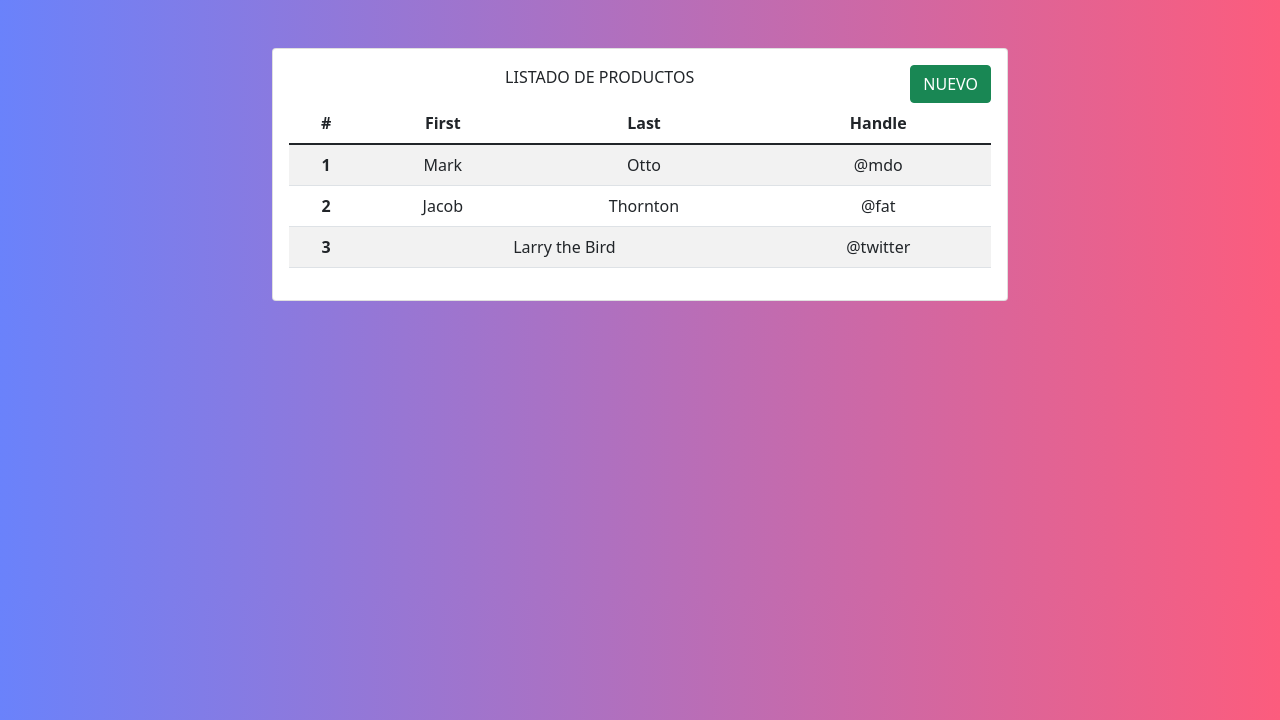
Repository: vivianaleivagalvez/crud_angular
Page: /
An editor plug-in stored every save of this project. The page is shown before and after the next save, followed by the edit.
The browser window is 1280 px wide. The pictures show the whole page.
The project was rebuilt for these pictures with package versions that can differ from the ones it lists, and the page was loaded fresh each time. Also part of the build but not shown: angular.json, src/app/components/crear-producto/crear-producto.component.ts.

Above is the page before, as saved 2022-01-27 00:06:52.

After the next save:
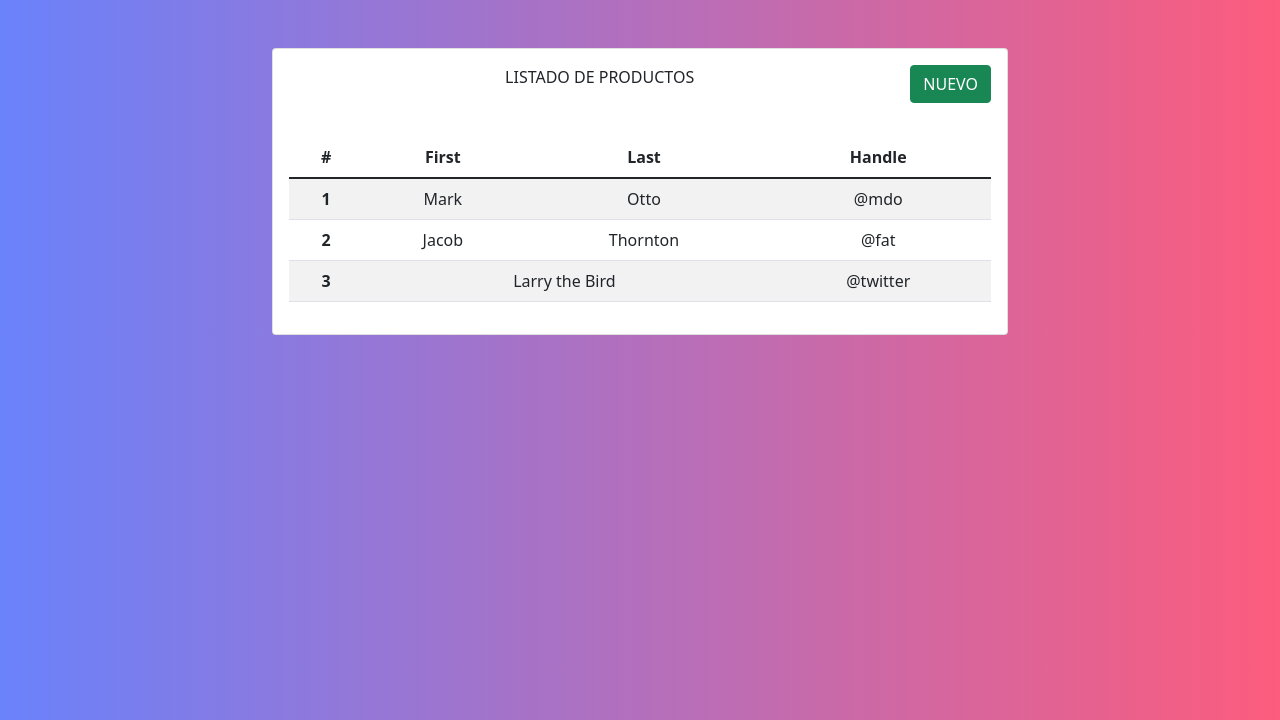
Saved 5 s later.
--- a/src/app/components/listar-productos/listar-productos.component.html
+++ b/src/app/components/listar-productos/listar-productos.component.html
@@ -5,7 +5,7 @@
         <div class="card-body text-center">
           <span>LISTADO DE PRODUCTOS</span>
           <button class="btn btn-success float-end">NUEVO</button>
-          <table class="table table-striped mt-2">
+          <table class="table table-striped mt-5">
             <thead>
               <tr>
                 <th scope="col">#</th>
